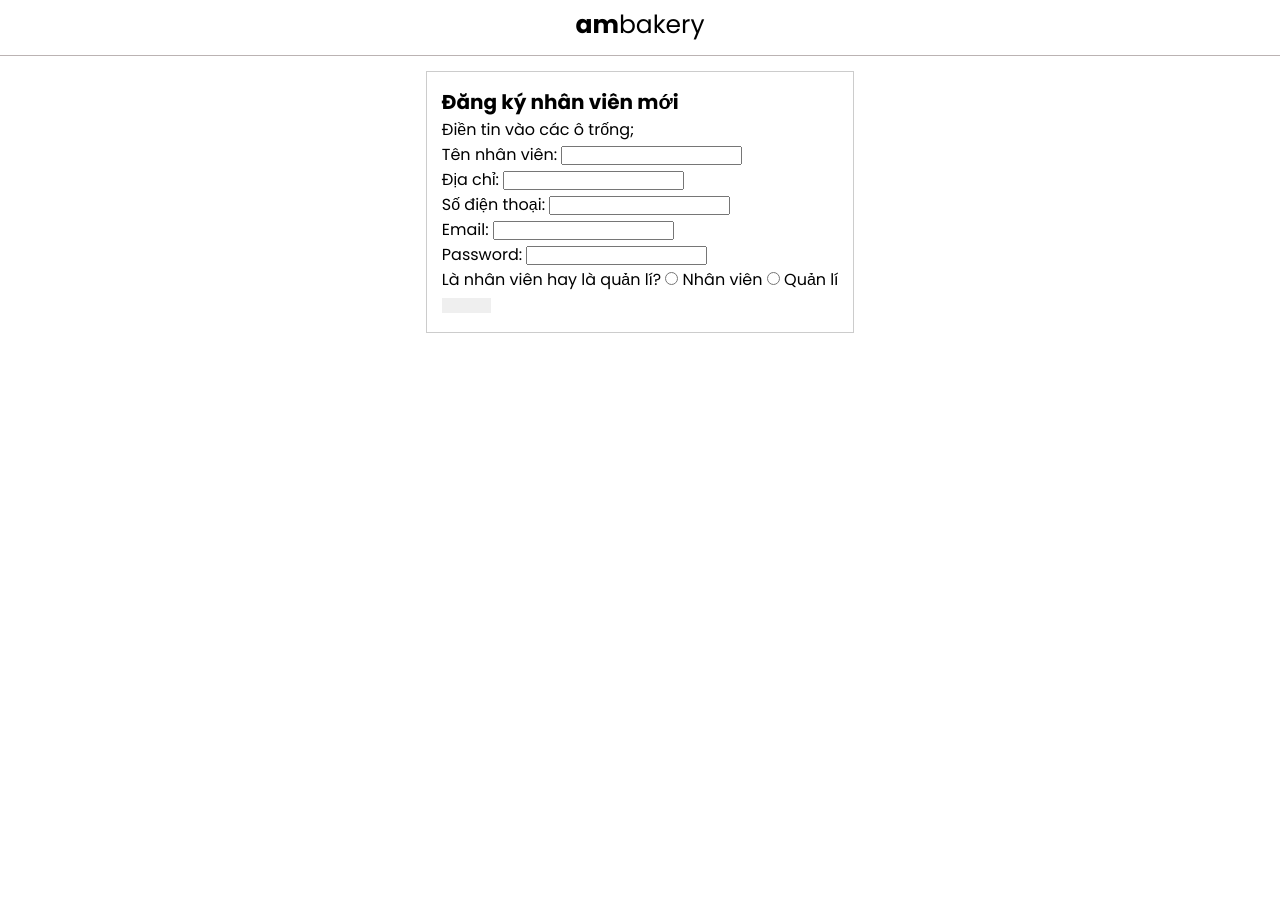
Repository: ntsanq/AmBakery
Page: http://localhost/j2school_Project/admin/dashboard_quanly/form_them_nhanvien.php
An editor plug-in stored every save of this project. The page is shown before and after the next save, followed by the edit.
The browser window is 1280 px wide. The pictures show the whole page.
The page is run by PHP 8.4 with error messages shown; the project is at /var/www/html/.

Above is the page before, as saved 2021-12-21 22:58:03.

### admin/dashboard_quanly/form_them_nhanvien.php
<!DOCTYPE html>
<html>
<head>
	<meta charset="utf-8">
	<meta name="viewport" content="width=device-width, initial-scale=1">
	<title>Đăng ký cho nhân viên</title>
	<link rel="stylesheet" href="css/form.css">
	<link href="https://fonts.googleapis.com/css2?family=Poppins:wght@300;400;500;600;700&family=Roboto:wght@500&display=swap0" rel="stylesheet">
</head>
<body>
<header>
        <div id="header">
            <a href="#" class="header__logo" >
                <span><b>am</b>bakery</span>
            </a>
        </div>
    </header>
	<div class="container">
		<form action="them_nhanvien_process.php" method="POST">
			<div >
				<h1>Đăng ký nhân viên mới</h1>
				<p>Điền	 tin vào các ô trống;</p>

				<!-- <label for="ma">Mã nhân viên: </label>
				<input type="text" name="ma">
				<br> -->
				<label for="ten">Tên nhân viên: </label>
				<input type="text" name="ten">
				<br>
				<label for="dia_chi">Địa chỉ: </label>
				<input type="text" name="dia_chi">
				<br>
				<label for="sdt">Số điện thoại: </label>
				<input type="text" name="sdt">
				<br>
				<label for="email">Email: </label>
				<input type="text" name="email">
				<br>
				<label for="mat_khau">Password: </label>
				<input type="password" name="mat_khau">
				<br>
				<label for="cap_do">Là nhân viên hay là quản lí?  </label>
				<input type="radio" name="cap_do" value="0">
				<label for="nhan_vien">Nhân viên </label>
				<input type="radio" name="cap_do" value="1">
				<label for="quan_li">Quản lí </label>
				<br>
				 <input type="submit" id="them_nhanvien_btn" value="Đăng ký">
			</div>
		</form>
	</div>
</body>
</html>

### admin/dashboard_quanly/css/form.css
*{
	margin: 0;
	padding: 0;
}

html{
	box-sizing: border-box;
	font-size: 62.5%; /*10px*/
}

body{
	font-family: "Poppins", sans-serif;
	font-size: 1.6rem;
	height:90rem;
	font-weight: 400;


}
header{
	width: 100%;
	height: 50px;
	font-family: inherit;
	display: flex;
	justify-content: center;
	align-items: center;
	font-size: 1.5rem;
	padding-bottom: 0.5rem;
	border-bottom: 1px solid rgb(187, 179, 179);
	position: relative;
	background-color: white;
}
a{
	text-decoration: none;
	color: black;
}
p{
	margin-bottom: 0%;
}
.header__logo span{
	font-size: 2.5rem;
}
.container{
  width: 1200px;
  margin: 0 auto;
  display: flex;
  justify-content: center;
  align-items: center;
  margin-top: 1.5rem;

}
.container form{
  margin: 0 auto;
  padding: 1.5rem;
  border: 1px solid #ccc;
}
form div h1{
  font-size: 2rem;
}

#them_nhanvien_btn{
  border: none;
  color: transparent;
}

After the next save:
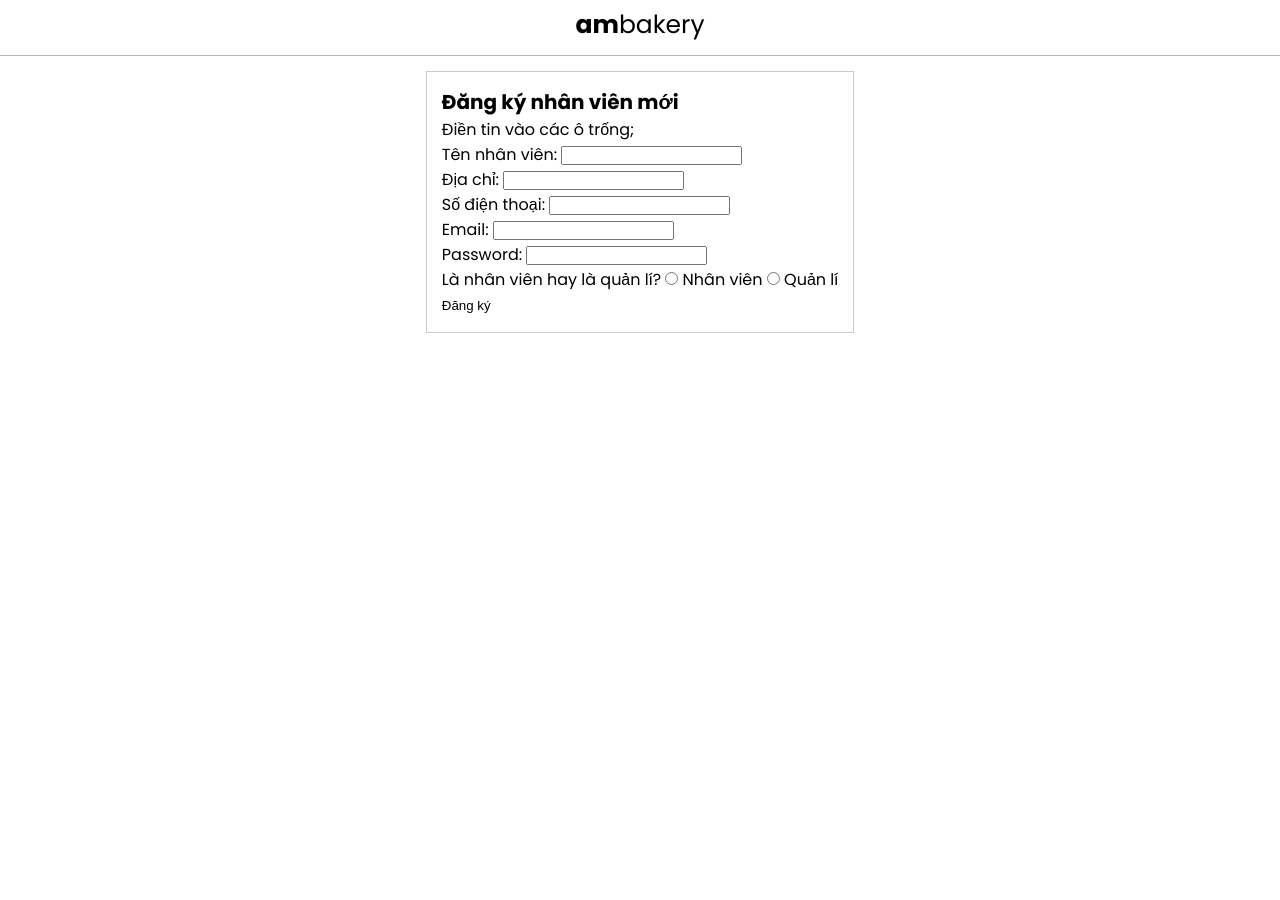
Saved 10 s later.
--- a/admin/dashboard_quanly/css/form.css
+++ b/admin/dashboard_quanly/css/form.css
@@ -59,5 +59,5 @@ form div h1{
 
 #them_nhanvien_btn{
   border: none;
-  color: transparent;
+  background: transparent;
 }
